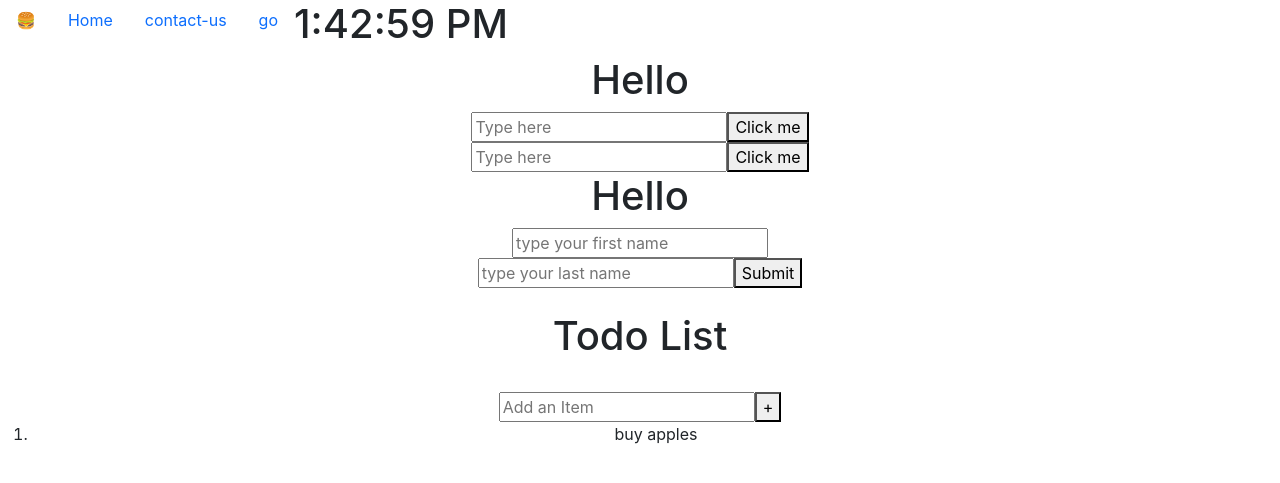
Repository: shah-zx/React-learning
Page: /
An editor plug-in stored every save of this project. The page is shown before and after the next save, followed by the edit.
The browser window is 1280 px wide. The pictures show the whole page.
The project was rebuilt for these pictures with package versions that can differ from the ones it lists, and the page was loaded fresh each time. Also part of the build but not shown: src/components/Greet.js, src/components/Welcome.js, src/components/Swagat.js, src/components/Namaste.js, src/components/Hello.js, src/components/ayiye.js, src/components/Message.js, src/components/Thought.js and 47 more. Imported but missing from the stored project, and not drawn on this page: src/components/Indexaskeyantipattern.

Above is the page before, as saved 2021-11-12 22:23:06.

After the next save:
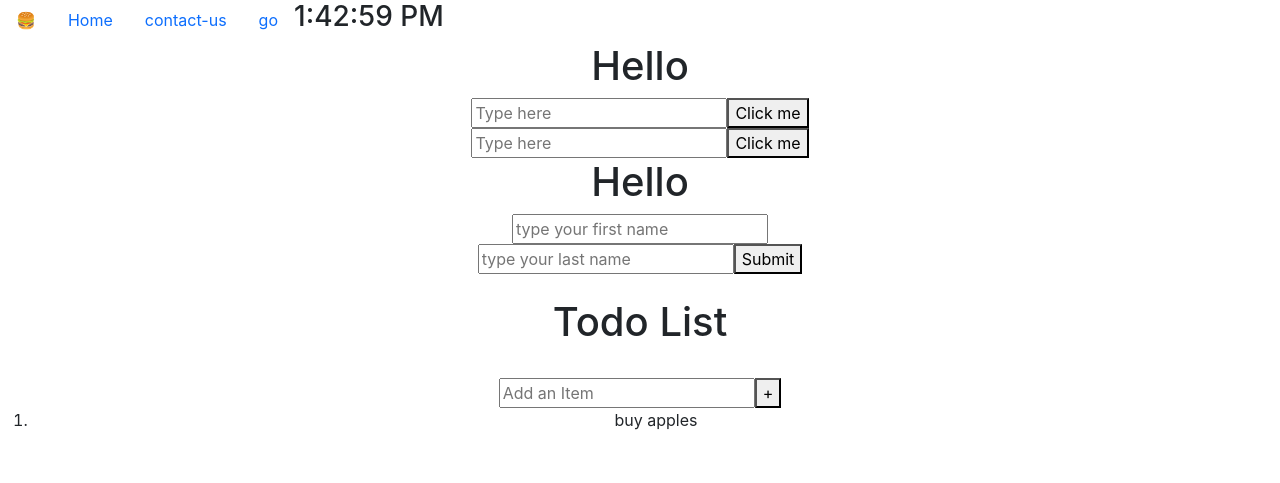
Saved 41 s later.
--- a/src/practice_components/Dclock.jsx
+++ b/src/practice_components/Dclock.jsx
@@ -15,7 +15,7 @@ function Dclock() {
 
     return (
         <>
-            <h1>{ctime}</h1>
+            <h3>{ctime}</h3>
         </>
     )
 }
